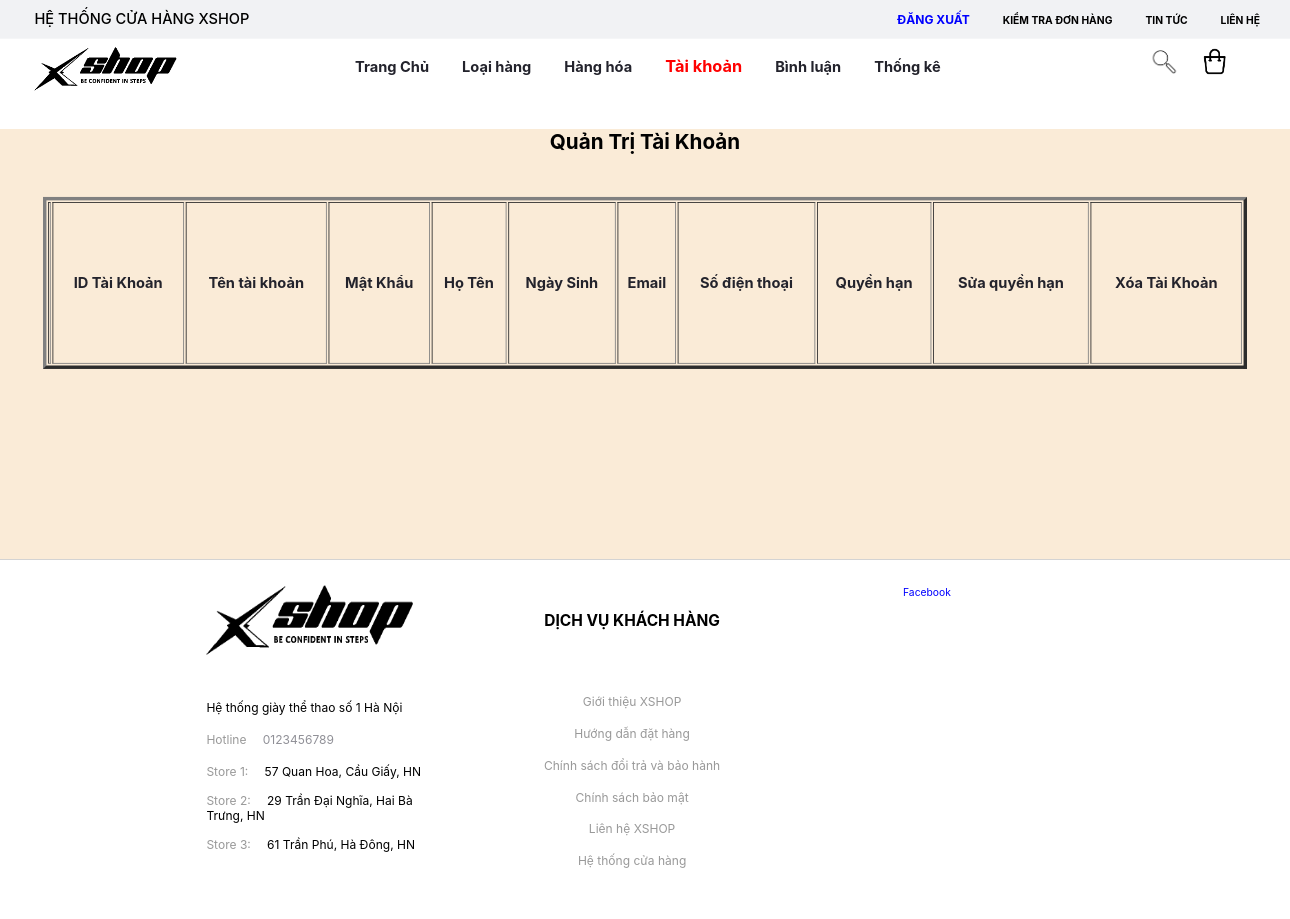
Repository: tienaq123/dam
Page: http://localhost/ass/ad/quantritaikhoan.php
These files come from the project's save history. The page is drawn as it stood at one moment and after the next save; the edit follows.
The browser window is 1280 px wide. The page is 1500 px wide, so the pictures cover 1500 px, including what lies to the right of the window. The pictures show the whole page, at 86% of full size.
The page is run by PHP 8.4 with error messages shown; the project is at /var/www/html/. Queries for data that is not in the repository find no rows.

Above is the page before, as saved 2021-10-22 05:20:38.

### ad/quantritaikhoan.php
<!DOCTYPE html>
<html lang="en">

<head>
    <meta charset="UTF-8">
    <meta http-equiv="X-UA-Compatible" content="IE=edge">
    <meta name="viewport" content="width=device-width, initial-scale=1.0">
    <title>Quản trị danh mục</title>
    <link rel="stylesheet" href="../css/qttk.css">
</head>

<body>
    <div id="wapper">

        <div id="topbar">
            <a href="#">
                <h2> HỆ THỐNG CỬA HÀNG XSHOP</h2>
            </a>
            <ul>
                <li><a class="active" style="color:blue; font-size: 14px;" href="../logout.php">ĐĂNG XUẤT</a></li>
                <li><a href="product.php">KIỂM TRA ĐƠN HÀNG</a></li>
                <li><a href="product.php">TIN TỨC</a></li>
                <li><a href="product.php">LIÊN HỆ</a></li>
            </ul>
        </div>
        <header id="header">
            <div id="logo">
                <a href="http://localhost/ass/"> <img src="../img/logo.png" alt="Logo"></a>
            </div>
            <div class="menu">
                <ul>
                    <li><a href="../home.php">Trang Chủ</a></li>
                    <li><a href="quantridanhmuc.php">Loại hàng</a></li>
                    <li><a href="quantrisanpham.php">Hàng hóa</a></li>
                    <li><a href="quantritaikhoan.php" style="color: red; font-size: 19px;">Tài khoản</a></li>
                    <li><a href="quantritaikhoan.php">Bình luận</a></li>
                    <li><a href="quantritaikhoan.php">Thống kê</a></li>
                    <div id="nav">
                        <a href="product.php"> <img src="../img/search.png" alt=""></a>
                        <a href="product.php"><img src="../img/giohang.png" alt=""></a>
                    </div>
                </ul>

            </div>

        </header>

        <!-- END HEADER -->

        <main>
            <h1>Quản Trị Tài Khoản</h1>
            <table border="4" style="text-align: center; margin: 50px 0 0 50px; min-width: 1400px;">
                <tr style="font-size: 17px; color:#23232c; font-weight:bold; margin:10px; min-width: 120px;">
                    <td></td>
                    <td>ID Tài Khoản</td>
                    <td>Tên tài khoản</td>
                    <td>Mật Khẩu</td>
                    <td>Họ Tên</td>
                    <td>Ngày Sinh</td>
                    <td>Email</td>
                    <td>Số điện thoại</td>
                    <td>Quyền hạn</td>
                    <td>Sửa quyền hạn</td>
                    <td>Xóa Tài Khoản</td>
                </tr>
                <?php
                include '../db.php';
                $sql = "select * from taikhoan";
                $kq = $conn->query($sql);
                foreach ($kq as $key => $rows) {
                ?>

                    <tr>
                    <td><input type='checkbox' name='name[]' id='check_all' value='' /></td>
                        <td style="font-weight: bold;"><?php echo $rows['id_tk'] ?></td>
                        <td><?php echo $rows['user'] ?></td>
                        <td><?php echo $rows['pass'] ?></td>
                        <td><?php echo $rows['hoten'] ?></td>
                        <td><?php echo $rows['namsinh'] ?></td>
                        <td><?php echo $rows['email'] ?></td>
                        <td><?php echo $rows['sdt'] ?></td>
                        <td><?php if ($rows['phanquyen'] == 1) {
                                echo "ADMIN";
                            } else {
                                echo "USER";
                            }
                            ?></td>
                        <td><a href="suataikhoan.php?masua=<?php echo $rows['id_tk'] ?>">Sửa quyền hạn</a></td>
                        <td><a onclick="return confirm('Bạn có muốn xóa tài khoản không!')" href="xoataikhoan.php?maxoa=<?php echo $rows['id_tk'] ?>">Xóa</a></td>
                    </tr>
                <?php }
                ?>
            </table>
        </main>

        <!-- END MAIN -->

        <footer id="footer">
            <div id="logo_footer">
                <a href="#"><img src="../img/logo.png" alt=""></a>
                <p>Hệ thống giày thể thao số 1 Hà Nội</p>
                <p class="hotline"><span>Hotline</span> <a href="#">0123456789</a></p>
                <p><span>Store 1:</span> 57 Quan Hoa, Cầu Giấy, HN <br> <br> <span>Store 2:</span> 29 Trần Đại Nghĩa,
                    Hai Bà Trưng, HN <br> <br><span>Store 3:</span> 61
                    Trần Phú, Hà Đông, HN <br> <br> </p>
            </div>
            <div id="dichvu">
                <h2>DỊCH VỤ KHÁCH HÀNG</h2>
                <p><a href="#">Giới thiệu XSHOP</a> <br> </p>
                <p><a href="#">Hướng dẫn đặt hàng</a> <br> </p>
                <p><a href="#">Chính sách đổi trả và bảo hành</a> <br> </p>
                <p><a href="#">Chính sách bảo mật</a> <br> </p>
                <p><a href="#">Liên hệ XSHOP</a> <br> </p>
                <p><a href="#">Hệ thống cửa hàng</a></p>
            </div>

            <div id="facebook">
                <div id="fb-root"></div>
                <script async defer crossorigin="anonymous" src="https://connect.facebook.net/vi_VN/sdk.js#xfbml=1&version=v10.0&appId=256623368880552&autoLogAppEvents=1" nonce="aj8H3wq8"></script>
                <div class="fb-page" data-href="https://www.facebook.com/facebook" data-tabs="timeline" data-width="250" data-height="300" data-small-header="false" data-adapt-container-width="true" data-hide-cover="false" data-show-facepile="true">
                    <blockquote cite="https://www.facebook.com/facebook" class="fb-xfbml-parse-ignore"><a href="https://www.facebook.com/facebook">Facebook</a></blockquote>
                </div>
            </div>
        </footer>
    </div>
</body>

</html>

### db.php
<?php
    try {
        $conn=new PDO("mysql:host=localhost; dbname=dam;charset=utf8", "root", "");
    } catch (PDOException $e) {
        echo "Lỗi kết nối";
    }

### css/qttk.css
* {
    margin: 0;
    padding: 0;
}

body {
    font-family: -apple-system, BlinkMacSystemFont, 'Segoe UI', Roboto, Oxygen, Ubuntu, Cantarell, 'Open Sans', 'Helvetica Neue', sans-serif;
    font-size: 12px;
}

a {
    text-decoration: none;
    color: blue;
    list-style: none;
}



img {
    border: 0px;
}

header,
nav,
section,
aside,
article,
footer,
figure {
    display: block;
}

/* code page */

#wapper {
    width: 1500px;
    margin: auto;
    ;
    overflow: hidden;
}

#topbar {
    width: 1500px;
    height: 45px;
    background-color: #f1f2f4;
    float: left;
}

#topbar h2 {
    font-size: 17px;
    font-weight: 500;
    line-height: 45px;
    margin-left: 40px;
    color: #000;
    float: left;
}

#topbar ul {
    float: right;
}

#topbar ul li {
    display: inline-block;
    line-height: 45px;
    margin-right: 35px;
}

#topbar ul li a {
    color: #000;
    font-weight: bolder;
}

#topbar ul li a:hover {
    color: #775454;
}

#topbar ul li .active {
    color: cornflowerblue;
    font-size: 14px;
}

#header {
    width: 100%;
    height: 100px;
    background-color: #ffffff;
    padding: 10px 0 40px 0;
}

#header #logo img {
    float: left;
    width: 165px;
    height: 50px;
    color: #000;
    margin: 10px 0 0 40px;
}

#header .menu ul {
    text-align: center;
    margin-right: 50px;
    line-height: 66px;
}

#header .menu ul li {
    display: inline-block;
    margin-right: 35px;
}

#header .menu ul li a {
    font-size: 17px;
    font-weight: bold;
    color: #23232c;
}

#header .menu ul li a:hover {
    color: red;
}

#nav {
    float: right;
    line-height: 80px;
}

#nav img {
    width: 35px;
    height: 35px;
    margin-right: 20px;
}

main {
    text-align: center;
    min-height: 500px;
    background: antiquewhite;
}

main table {
    width: 700px;
    height: 150px;
    margin-left: 200px;
    margin-top: 20px;
}

main .dong1{
    padding: 0 6px 0 6px;
    min-width: 120px;
}


main>a {
    font-size: 19px;
    margin-top: 20px;
}

#footer {
    width: 1500px;
    border-top: 1px solid #ccc;
    display: grid;
    grid-template-columns: 1fr 1fr 1fr;
}

#footer #logo_footer {
    float: left;
}

#footer #logo_footer img {
    width: 240px;
    height: 80px;
    margin: 30px 0 30px 240px;
}

#footer #logo_footer a {
    color: #909097;
}

#footer #logo_footer span {
    color: #999999;
    margin-right: 15px;
}

#footer #logo_footer p {
    font-size: 14px;
    margin: 20px 0 20px 240px;
}

#footer #dichvu {
    text-align: center;
    margin: 60px 30px 40px 0;
}

#footer #dichvu h2 {
    margin-bottom: 75px;
}

#footer #dichvu p {
    margin-bottom: 20px;
}

#footer #dichvu p a {
    font-size: 14px;
    color: #999999;
}

#footer #facebook {
    margin: 30px 0 0 50px;
}* {
    margin: 0;
    padding: 0;
}

body {
    font-family: -apple-system, BlinkMacSystemFont, 'Segoe UI', Roboto, Oxygen, Ubuntu, Cantarell, 'Open Sans', 'Helvetica Neue', sans-serif;
    font-size: 12px;
}

a {
    text-decoration: none;
    color: blue;
    list-style: none;
}



img {
    border: 0px;
}

header,
nav,
section,
aside,
article,
footer,
figure {
    display: block;
}

/* code page */

#wapper {
    width: 1500px;
    margin: auto;
    ;
    overflow: hidden;
}

#topbar {
    width: 1500px;
    height: 45px;
    background-color: #f1f2f4;
    float: left;
}

#topbar h2 {
    font-size: 17px;
    font-weight: 500;
    line-height: 45px;
    margin-left: 40px;
    color: #000;
    float: left;
}

#topbar ul {
    float: right;
}

#topbar ul li {
    display: inline-block;
    line-height: 45px;
    margin-right: 35px;
}

#topbar ul li a {
    color: #000;
    font-weight: bolder;
}

#topbar ul li a:hover {
    color: #775454;
}

#topbar ul li .active {
    color: cornflowerblue;
    font-size: 14px;
}

#header {
    width: 100%;
    height: 100px;
    background-color: #ffffff;
    padding: 10px 0 40px 0;
}

#header #logo img {
    float: left;
    width: 165px;
    height: 50px;
    color: #000;
    margin: 10px 0 0 40px;
}

#header .menu ul {
    text-align: center;
    margin-right: 50px;
    line-height: 66px;
}

#header .menu ul li {
    display: inline-block;
    margin-right: 35px;
}

#header .menu ul li a {
    font-size: 17px;
    font-weight: bold;
    color: #23232c;
}

#header .menu ul li a:hover {
    color: red;
}

#nav {
    float: right;
    line-height: 80px;
}

#nav img {
    width: 35px;
    height: 35px;
    margin-right: 20px;
}

main {
    text-align: center;
    min-height: 500px;
    background: antiquewhite;
}

main table {
    width: auto;
    min-height: 200px;
    margin-left: 300px;
    margin-top: 20px;
}


main>a {
    font-size: 19px;
    margin-top: 20px;
}

#footer {
    width: 1500px;
    border-top: 1px solid #ccc;
    display: grid;
    grid-template-columns: 1fr 1fr 1fr;
}

#footer #logo_footer {
    float: left;
}

#footer #logo_footer img {
    width: 240px;
    height: 80px;
    margin: 30px 0 30px 240px;
}

#footer #logo_footer a {
    color: #909097;
}

#footer #logo_footer span {
    color: #999999;
    margin-right: 15px;
}

#footer #logo_footer p {
    font-size: 14px;
    margin: 20px 0 20px 240px;
}

#footer #dichvu {
    text-align: center;
    margin: 60px 30px 40px 0;
}

#footer #dichvu h2 {
    margin-bottom: 75px;
}

#footer #dichvu p {
    margin-bottom: 20px;
}

#footer #dichvu p a {
    font-size: 14px;
    color: #999999;
}

#footer #facebook {
    margin: 30px 0 0 50px;
}

After the next save:
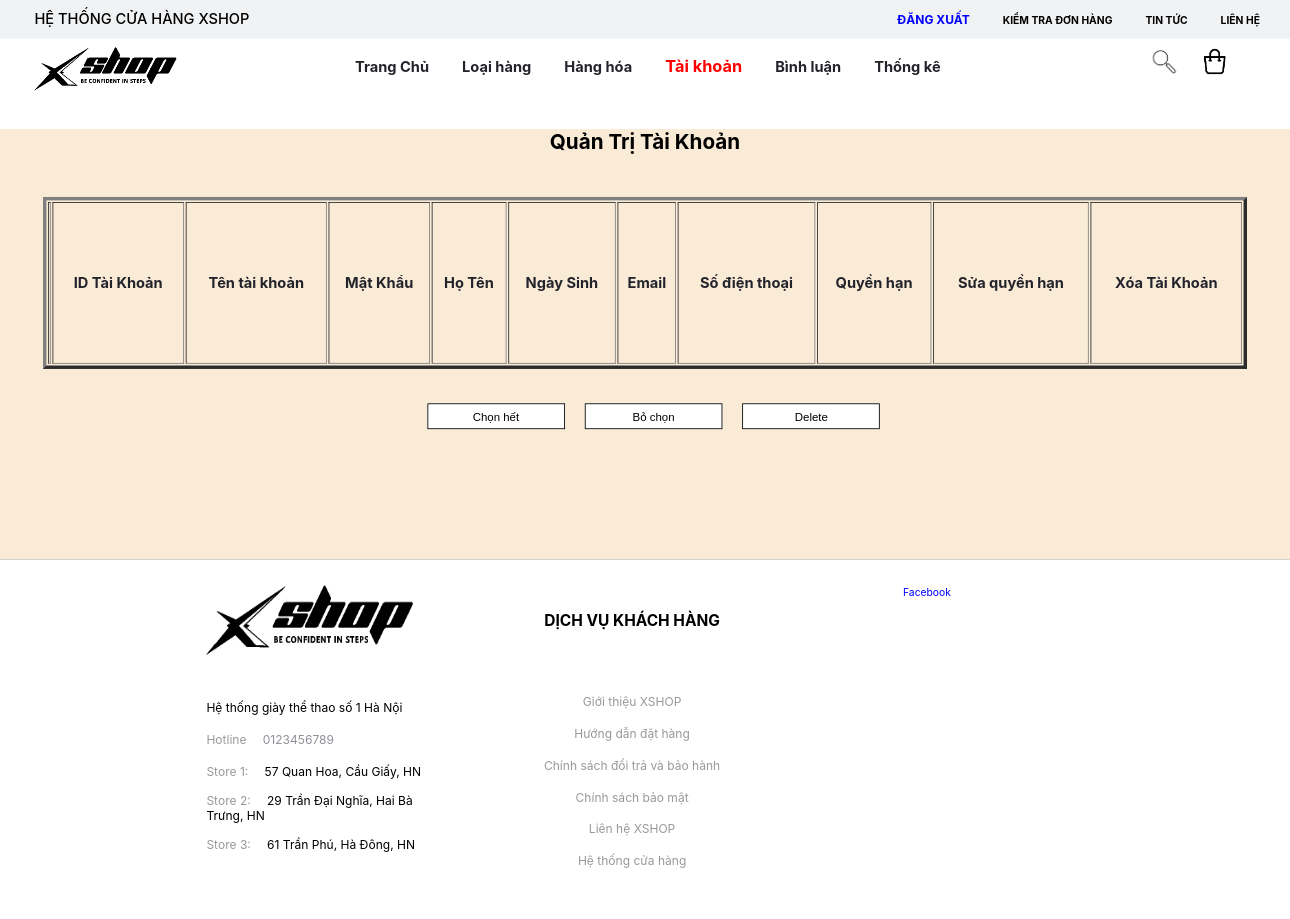
Saved 21 s later.
--- a/ad/quantritaikhoan.php
+++ b/ad/quantritaikhoan.php
@@ -91,6 +91,32 @@
                 <?php }
                 ?>
             </table>
+            <input style="background-color: #fff; width: 160px; height: 30px; margin:40px 0px 20px 20px; border: 1px solid #000; cursor:pointer;" type="button" id="btn1" value="Chọn hết" />
+            <input style="background-color: #fff; width: 160px; height: 30px; margin:40px 0px 20px 20px; border: 1px solid #000; cursor:pointer;" type="button" id="btn2" value="Bỏ chọn" />
+            <input style="background-color: #fff; width: 160px; height: 30px; margin:40px 0px 20px 20px; border: 1px solid #000; cursor:pointer;" type="button" id="btn" value="Delete" />
+            <script language="javascript">
+                // Chức năng chọn hết
+                document.getElementById("btn1").onclick = function() {
+                    // Lấy danh sách checkbox
+                    var checkboxes = document.getElementsByName('name[]');
+
+                    // Lặp và thiết lập checked
+                    for (var i = 0; i < checkboxes.length; i++) {
+                        checkboxes[i].checked = true;
+                    }
+                };
+
+                // Chức năng bỏ chọn hết
+                document.getElementById("btn2").onclick = function() {
+                    // Lấy danh sách checkbox
+                    var checkboxes = document.getElementsByName('name[]');
+
+                    // Lặp và thiết lập Uncheck
+                    for (var i = 0; i < checkboxes.length; i++) {
+                        checkboxes[i].checked = false;
+                    }
+                };
+            </script>
         </main>
 
         <!-- END MAIN -->
